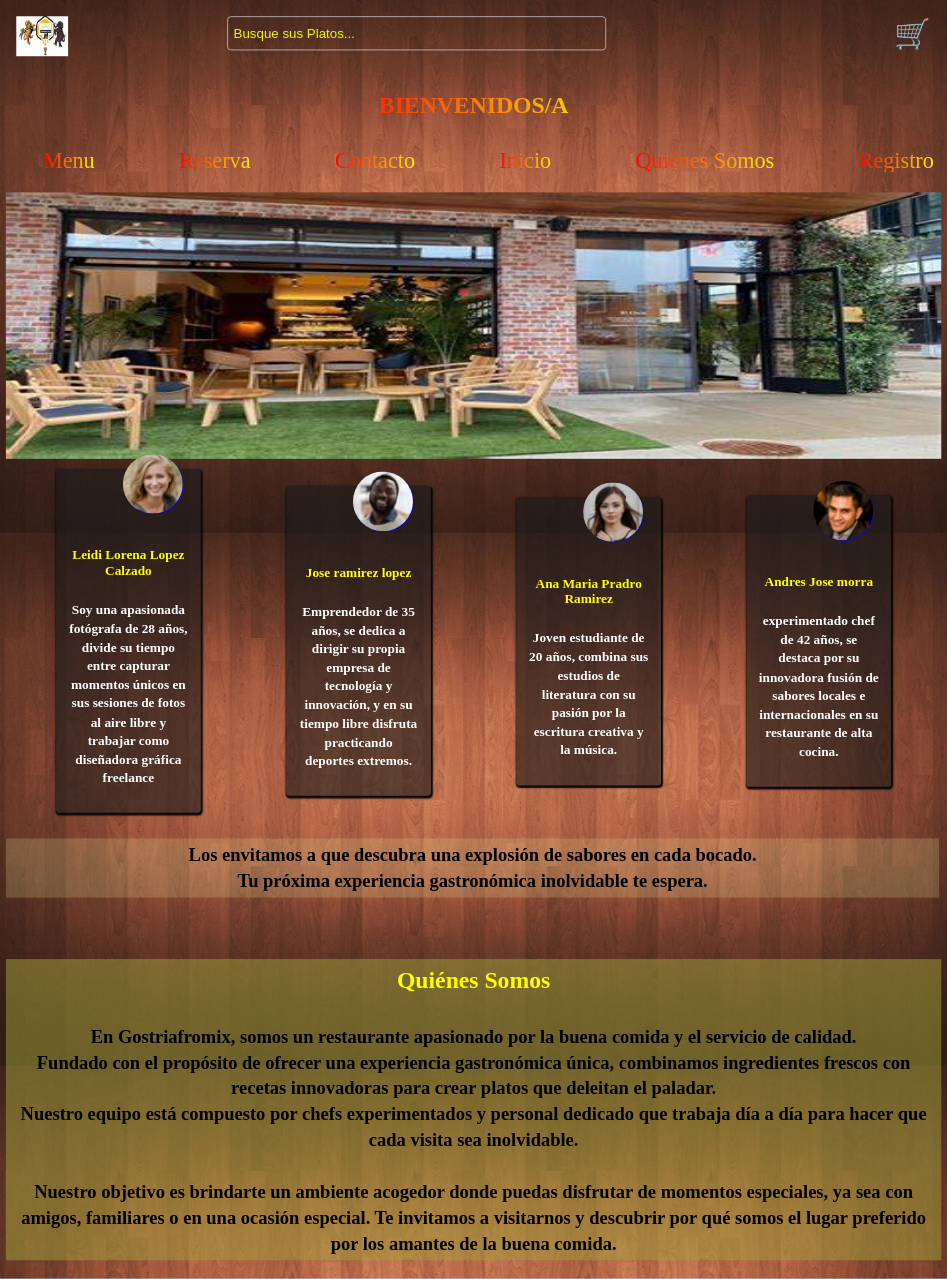
Repository: ye909/app_restaurante
Page: index.html
An editor plug-in stored every save of this project. The page is shown before and after the next save, followed by the edit.
The browser window is 1280 px wide. The pictures show the whole page, at 74% of full size.
Backgrounds fixed to the window are drawn as part of the page.

Above is the page before, as saved 2025-01-12 08:34:16.
Console error: ReferenceError: menuItems is not defined

After the next save:
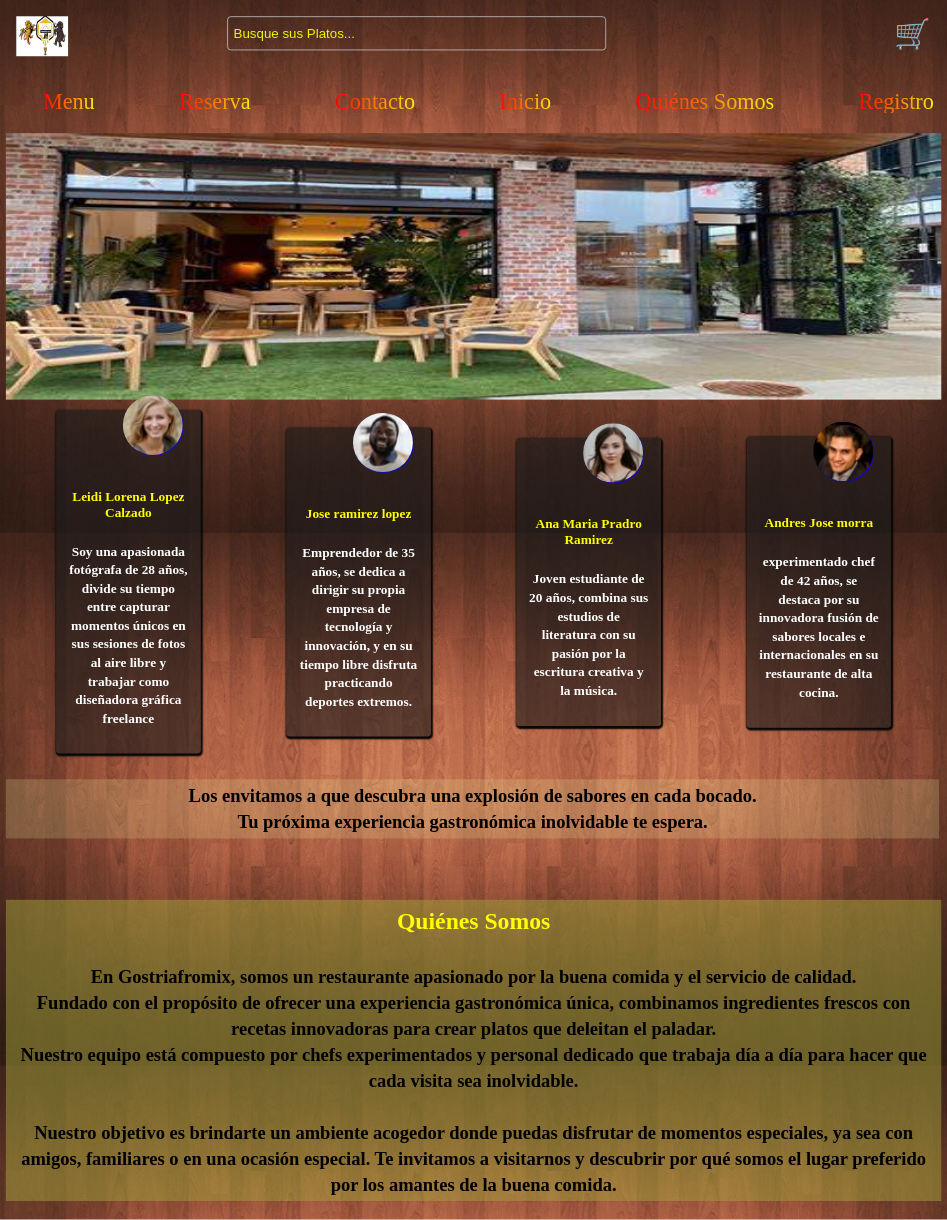
Saved 55 s later.
--- a/js/dinamico.js
+++ b/js/dinamico.js
@@ -1,7 +1,7 @@
 
 
 const menuview = document.getElementById("menu-view")
-const menu_principal=document.getElementById("menu_principal").addEventListener("click",ver_menu)
+
 
 // texto de bienvenida
 

After the 2 saves that followed:
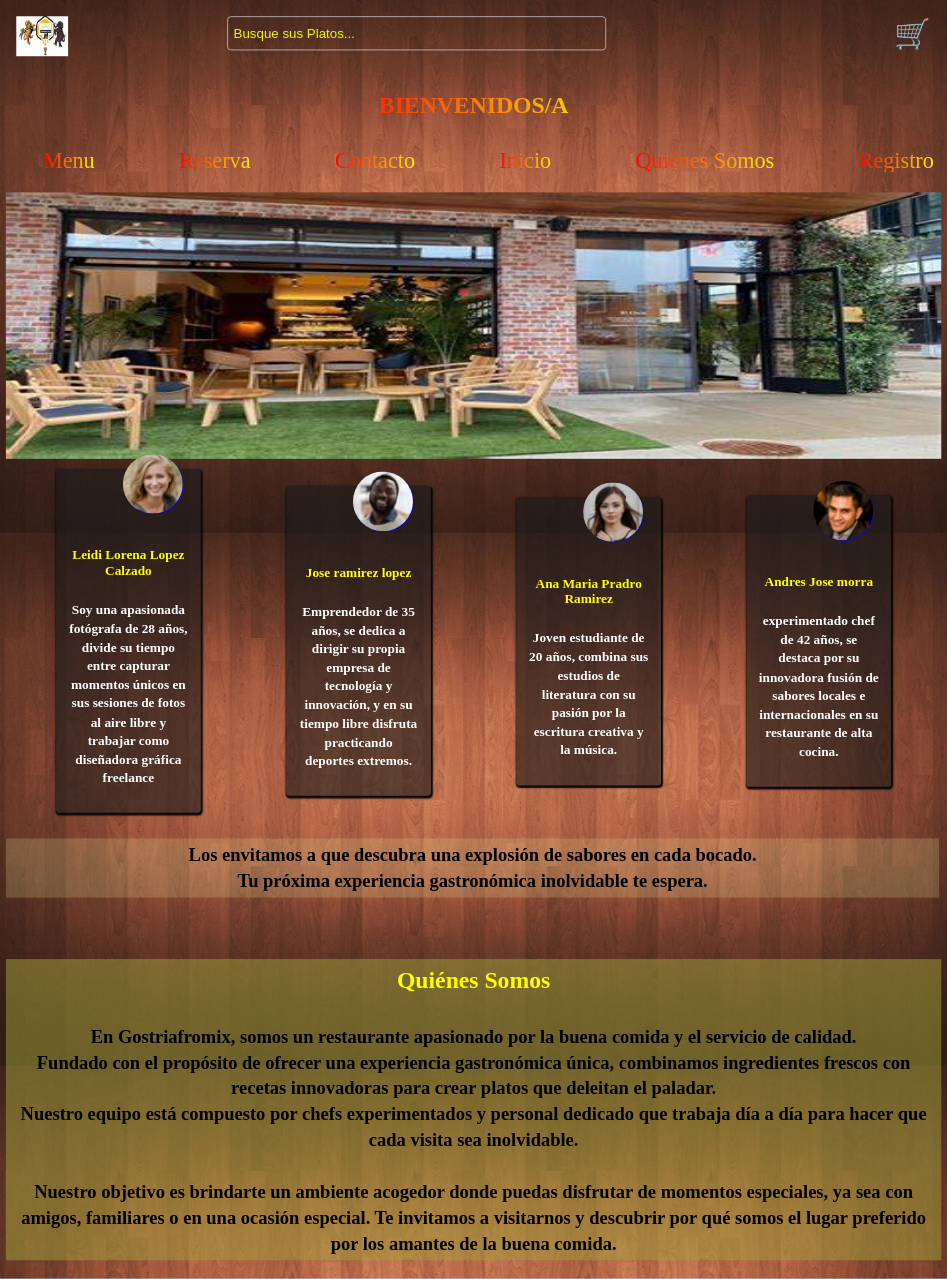
The 2 saves are shown as one change because 1 left the picture as it was.
The last was saved 3 min 24 s later.
--- a/js/dinamico.js
+++ b/js/dinamico.js
@@ -1,7 +1,7 @@
 
 
 const menuview = document.getElementById("menu-view")
-
+const menubtn.getElementById("menu-btn").addEventListener("click",menubtn)
 
 // texto de bienvenida
 
@@ -17,6 +17,9 @@
     audio.play();
   }
 
+  function menubtn() {
+
+  }
 
 
 
